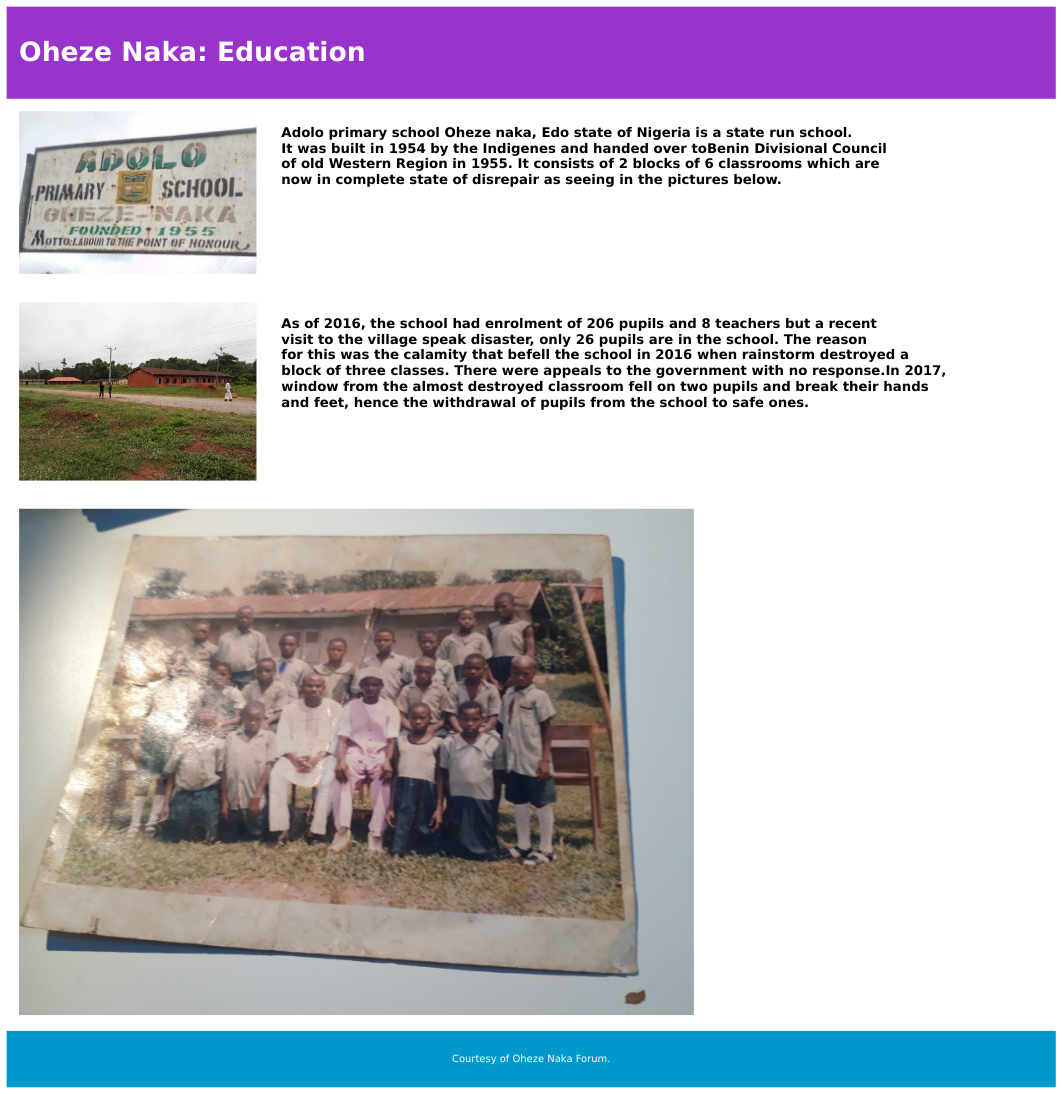
Repository: OtasowieRotimiOsifo/oheze-naka-forum
Page: activities.html
These files come from the project's save history. The page is drawn as it stood at one moment and after the next save; the edit follows.
The browser window is 1280 px wide. The pictures show the whole page, at 83% of full size.

Above is the page before, as saved 2021-03-20 21:17:04.

### activities.html
<!DOCTYPE html>
<html lang="en">
<head>
     <title>Oheze Naka Forum</title>

<meta name="viewport" content="width=device-width, initial-scale=1.0">

<style>
* {
  box-sizing: border-box;
}

.row::after {
  content: "";
  clear: both;
  display: table;
}

[class*="col-"] {
  float: left;
  padding: 15px;
}

img {
  max-width: 100%;
}

html {
  font-family: "Lucida Sans", sans-serif;
}

.header {
  background-color: #9933cc;
  color: #ffffff;
  padding: 15px;
}

.menu ul {
  list-style-type: none;
  margin: 0;
  padding: 0;
}

.menu li {
  padding: 8px;
  margin-bottom: 7px;
  background-color: #33b5e5;
  color: #ffffff;
  box-shadow: 0 1px 3px rgba(0,0,0,0.12), 0 1px 2px rgba(0,0,0,0.24);
}

.menu li:hover {
  background-color: #0099cc;
}

.aside {
  background-color: #33b5e5;
  padding: 15px;
  color: #ffffff;
  text-align: center;
  font-size: 14px;
  box-shadow: 0 1px 3px rgba(0,0,0,0.12), 0 1px 2px rgba(0,0,0,0.24);
}

.footer {
  background-color: #0099cc;
  color: #ffffff;
  text-align: center;
  font-size: 12px;
  padding: 15px;
}

/* For mobile phones: */
[class*="col-"] {
  width: 100%;
}

@media only screen and (min-width: 600px) {
  /* For tablets: */
  .col-s-1 {width: 8.33%;}
  .col-s-2 {width: 16.66%;}
  .col-s-3 {width: 25%;}
  .col-s-4 {width: 33.33%;}
  .col-s-5 {width: 41.66%;}
  .col-s-6 {width: 50%;}
  .col-s-7 {width: 58.33%;}
  .col-s-8 {width: 66.66%;}
  .col-s-9 {width: 75%;}
  .col-s-10 {width: 83.33%;}
  .col-s-11 {width: 91.66%;}
  .col-s-12 {width: 100%;}
}
@media only screen and (min-width: 768px) {
  /* For desktop: */
  .col-1 {width: 8.33%;}
  .col-2 {width: 16.66%;}
  .col-3 {width: 25%;}
  .col-4 {width: 33.33%;}
  .col-5 {width: 41.66%;}
  .col-6 {width: 50%;}
  .col-7 {width: 58.33%;}
  .col-8 {width: 66.66%;}
  .col-9 {width: 75%;}
  .col-10 {width: 83.33%;}
  .col-11 {width: 91.66%;}
  .col-12 {width: 100%;}
}
</style>

</head>
<body>
  <div class="header">
    <h1>Oheze Naka: Education</h1>
  </div>
<div class="row">
<div class="col-3 col-s-3">
    <img src="img/school_sign2.jpg"/>
</div>
<div class="col-8 col-s-9">
<p>
<strong>
Adolo primary school Oheze naka, Edo state of Nigeria is a state run school.<br>
It was built in 1954 by the Indigenes and handed over toBenin Divisional Council <br>
of old Western Region in 1955. It consists of 2 blocks of 6 classrooms which are <br>
now in complete state of disrepair as seeing in the pictures below.
</strong>
</p>
</div>
</div>
<div class="row">
<div class="col-3 col-s-3">
    <img src="img/adolor.jpg"/>
</div>
<div class="col-8 col-s-9">
<p>
  <strong>
  As of 2016, the school had enrolment of 206 pupils and 8 teachers but a recent <br>
  visit to the village speak disaster, only 26 pupils are in the school. The reason <br>
  for this was the calamity that befell the school in 2016 when rainstorm destroyed a <br>
  block of three classes. There were appeals to the government with no response.In 2017,<br>
  window from the almost destroyed classroom fell on two pupils and break their hands <br>
  and feet, hence the withdrawal of pupils from the school to safe ones.
</strong>
</p>
</div>
</div>
<div class="row">
  <div class="col-8 col-s-12">
      <img src="img/pupils.jpeg"/>
  </div>
  </div>
<div class="footer">
  <p>Courtesy of Oheze Naka Forum.</p>
</div>
</body>
</html>

After the next save:
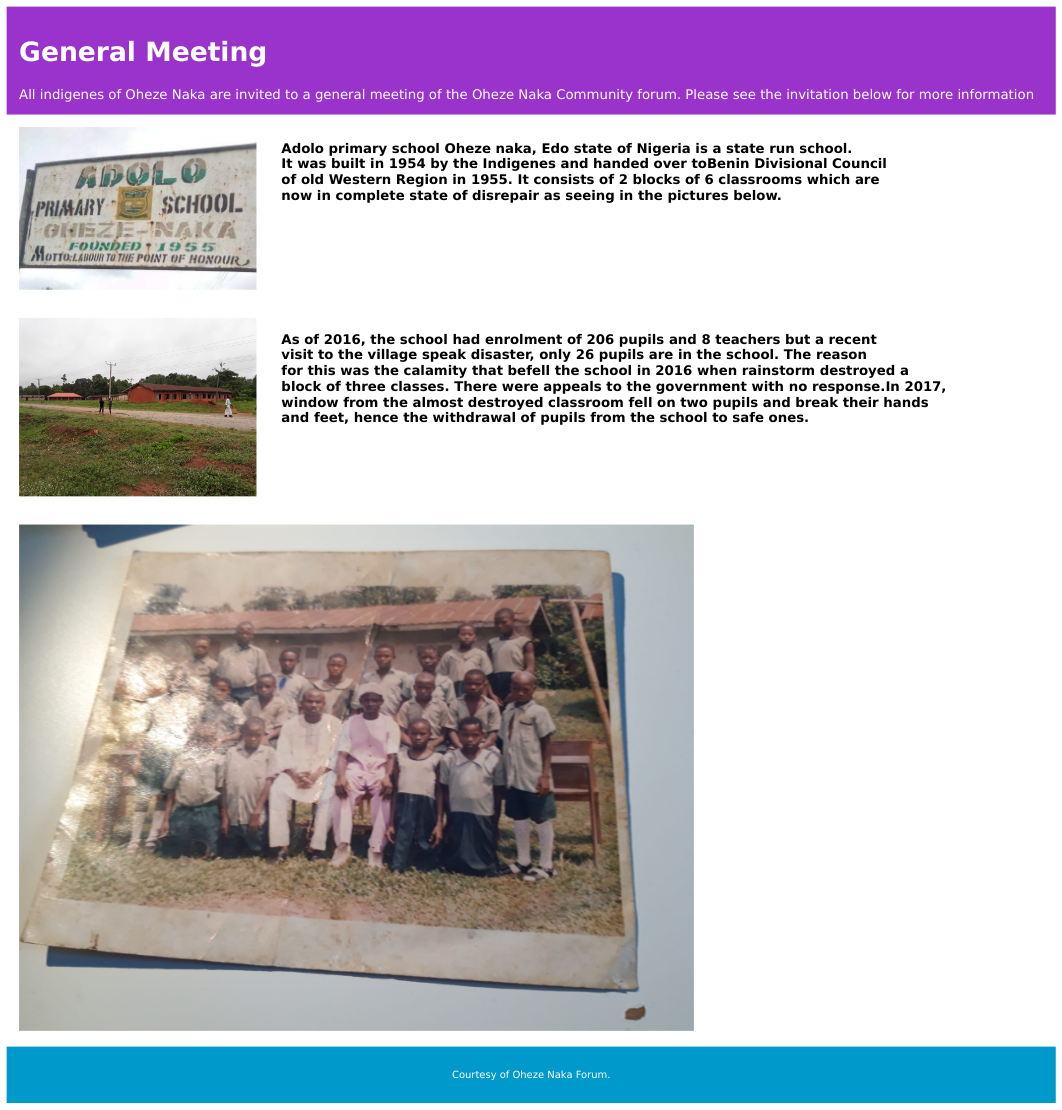
Saved 2 min 57 s later.
--- a/activities.html
+++ b/activities.html
@@ -110,7 +110,9 @@ html {
 </head>
 <body>
   <div class="header">
-    <h1>Oheze Naka: Education</h1>
+    <h1>General Meeting</h1>
+    <span> All indigenes of Oheze Naka are invited to a general meeting of the Oheze Naka Community forum. </span>
+    <span>Please see the invitation below for more information</span>
   </div>
 <div class="row">
 <div class="col-3 col-s-3">
